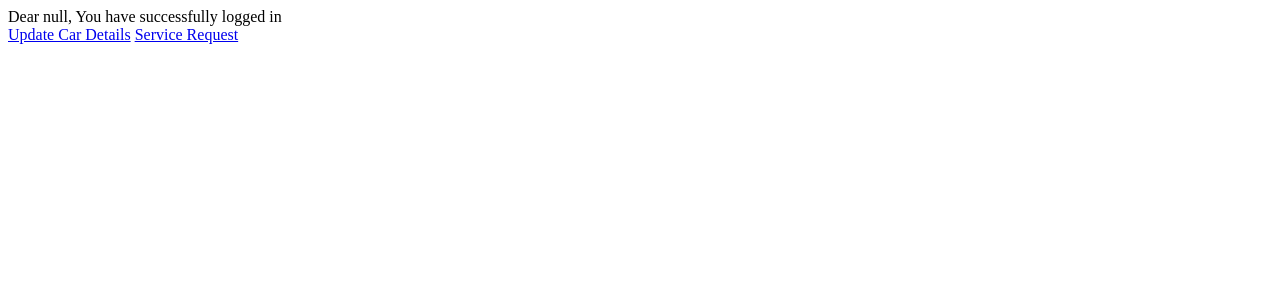
Repository: LingWenXing/java-fundamentals
Page: http://localhost/CarServiceSystem/customerLoginSuccess.jsp
These files come from the project's save history. The page is drawn as it stood at one moment and after the next save; the edit follows.
The browser window is 1280 px wide. The pictures show the whole page.
The page is served by Tomcat 9.

Above is the page before, as saved 2022-04-11 07:14:20.

After the next save:
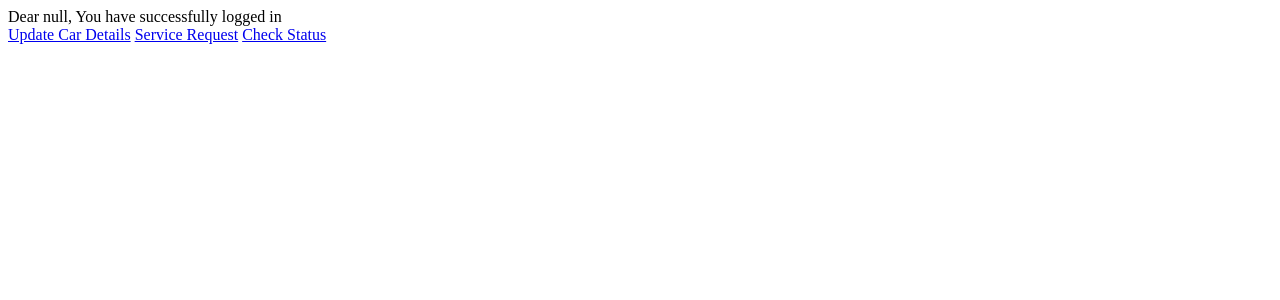
Saved 18 h 52 min later.
--- a/CarServiceSystem/src/main/webapp/customerLoginSuccess.jsp
+++ b/CarServiceSystem/src/main/webapp/customerLoginSuccess.jsp
@@ -10,5 +10,6 @@
 	Dear <%out.print(session.getAttribute("cname"));%>, You have successfully logged in<br>
 	<a href="/CarServiceSystem/updateCarDetails.html">Update Car Details</a>
 	<a href="/CarServiceSystem/serviceRequest.html">Service Request</a>
+	<a href="/CarServiceSystem/checkStatus.html">Check Status</a>
 </body>
 </html>
